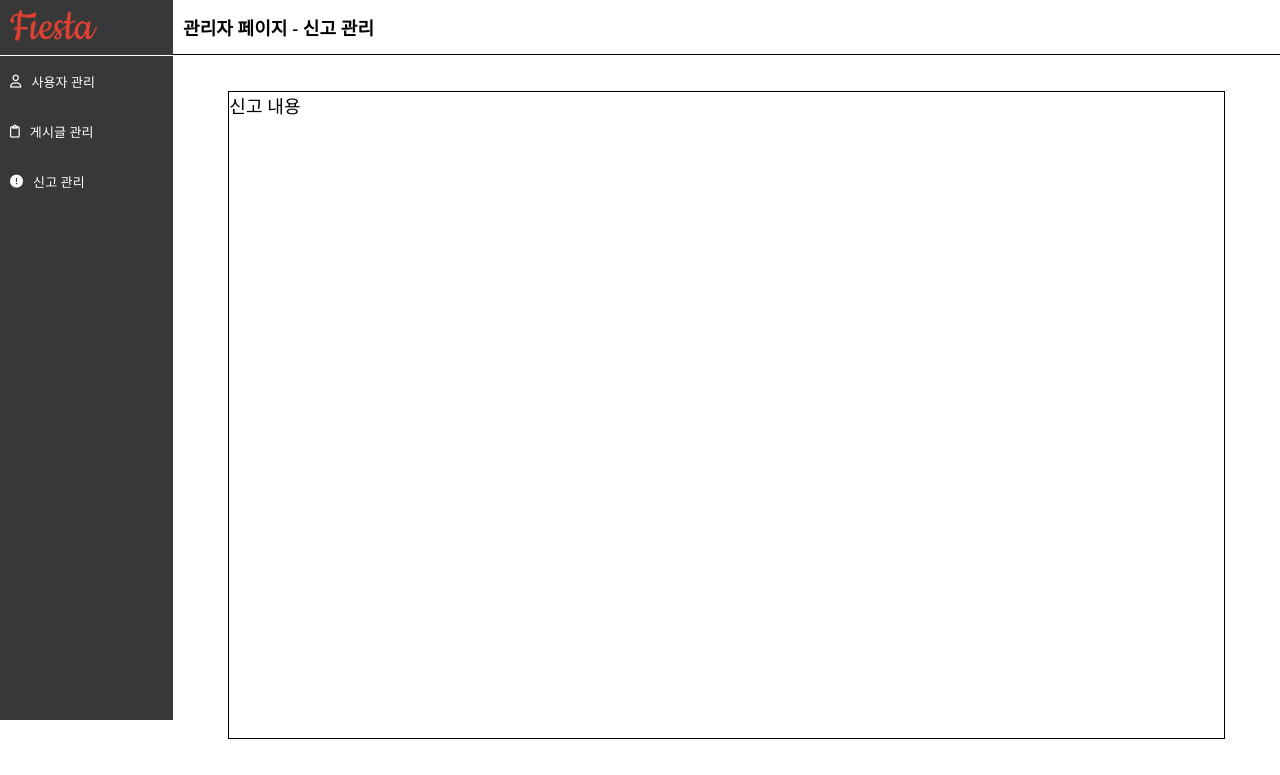
Repository: SNSFiestaTeam/Fiesta
Page: Fiesta/src/main/webapp/html/management/management-report.html
An editor plug-in stored every save of this project. The page is shown before and after the next save, followed by the edit.
The browser window is 1280 px wide. The pictures show the whole page.
Some web fonts or font styles are not loaded; a fallback is used. Some web libraries are served in a nearby version.

Above is the page before, as saved 2022-12-06 12:14:35.

### Fiesta/src/main/webapp/html/management/management-report.html
<!DOCTYPE html>
<html lang="en">
<head>
  <meta charset="UTF-8">
  <meta http-equiv="X-UA-Compatible" content="IE=edge">
  <meta name="viewport" content="width=device-width, initial-scale=1.0">
  <link rel="stylesheet" href="../../resources/css/common-style.css">
  <link rel="stylesheet" href="../../resources/css/management/management.css">
  <script
      src="https://kit.fontawesome.com/591746f9e8.js"
      crossorigin="anonymous"
    ></script>
  <title>관리자페이지</title>
</head>
<body>
  <sidebar class="sidebar">
    <span class="title">Fiesta</span>
    <a href="#" class="bar-item button"><i class="fa-regular fa-user"></i> 사용자 관리</a>
    <a href="#" class="bar-item button"><i class="fa-regular fa-clipboard"></i>게시글 관리</a>
    <a href="#" class="bar-item button"><i class="fa-solid fa-circle-exclamation"></i>신고 관리</a>
  </sidebar>

  <main class ="management-container">

    <div class="management-title">
      <h1>관리자 페이지 - 신고 관리</h1>
    </div>

    <div class="management-content">
      <section class="report-container">
        신고 내용
      </section>
    </div>

  </main>


  <script src="/resources/js/management/management.js"></script>
</body>
</html>

### Fiesta/src/main/webapp/resources/css/common-style.css
@import url('https://fonts.googleapis.com/css2?family=Noto+Sans+KR:wght@100;300;400;500;700;900&display=swap');
@import url('https://fonts.googleapis.com/css2?family=Chewy&display=swap');
@import url('https://fonts.googleapis.com/css2?family=Leckerli+One&display=swap');
@import url('https://fonts.googleapis.com/css2?family=Cookie&display=swap');
@import './root-style.css';
@import url('https://fonts.googleapis.com/css2?family=Nanum+Gothic:wght@400;700;800&display=swap');
@import url('https://fonts.googleapis.com/css2?family=IBM+Plex+Sans+KR:wght@100;200;300;400;500&display=swap');

@font-face {
  font-family: 'NanumSquareNeo-Variable';
  src: url('https://cdn.jsdelivr.net/gh/projectnoonnu/noonfonts_11-01@1.0/NanumSquareNeo-Variable.woff2') format('woff2');
  font-weight: normal;
  font-style: normal;
}

@font-face {
  font-family: 'NanumBarunGothic';
  font-style: normal;
  font-weight: 400;
  src: url('//cdn.jsdelivr.net/font-nanumlight/1.0/NanumBarunGothicWeb.eot');
  src: url('//cdn.jsdelivr.net/font-nanumlight/1.0/NanumBarunGothicWeb.eot?#iefix') format('embedded-opentype'), url('//cdn.jsdelivr.net/font-nanumlight/1.0/NanumBarunGothicWeb.woff') format('woff'), url('//cdn.jsdelivr.net/font-nanumlight/1.0/NanumBarunGothicWeb.ttf') format('truetype');
 }

 @font-face {
  font-family: 'S-CoreDream-3Light';
  src: url('https://cdn.jsdelivr.net/gh/projectnoonnu/noonfonts_six@1.2/S-CoreDream-3Light.woff') format('woff');
  font-weight: normal;
  font-style: normal;
}

@font-face {
  font-family: 'SUIT-Regular';
  src: url('https://cdn.jsdelivr.net/gh/projectnoonnu/noonfonts_suit@1.0/SUIT-Regular.woff2') format('woff2');
  font-weight: normal;
  font-style: normal;
}
/* 전체 적용 스타일 */
* {
  margin: 0;
  padding: 0;
  box-sizing: border-box;
  list-style: none;
  /* font-family: 'Noto Sans KR', sans-serif; */
  /* font-family: 'Nanum Gothic', sans-serif; */
  /* font-family: 'IBM Plex Sans KR', sans-serif; */
  font-family: 'NanumSquareNeo-Variable';
  /* font-family: 'NanumBarunGothic'; */
  /* font-family: 'SUIT-Regular'; */
  letter-spacing: 0.1px;
}

a {
  text-decoration: none;
  color: black;
}

body {
  width: vw;
  font-size: 18px;
}

button {
  border: none;
  background-color: white;
}

footer {
  width: 100%;
  height: 134px;
  color: gray;
  font-size: var(--small-font-size);
  padding-bottom: 40px;

  display: flex;
  flex-direction: column;
  justify-content: space-around;
  align-items: center;
}

footer a {
  color: gray;
}

header {
  width: 100%;
  height: 60px;
  border-bottom: 1px solid #ccc;

  position: sticky;
  top: 0;
  background-color: white;

  display: flex;
  justify-content: center;
  z-index: 2;
}

header > section {
  width: 1000px;
  padding: 0 20px;

  display: flex;
  justify-content: space-between;
  align-items: center;
}

.logo-section a {
  font-family: 'Cookie', cursive;
  /* font-family: 'Chewy', cursive; */
  color: #dd4132;
  font-size: 50px;
  width: 120px;
  height: auto;
}

#logo {
  width: 120px;
  height: auto;
}

.search-section {
  width: 50%;

  display: flex;
  justify-content: center;
}

.search-section fieldset {
  height: 36px;
  width: 90%;
  background-color: --main-font-color;
  border: none;
  border-radius: 5px;

  display: flex;
  justify-content: center;
  align-items: center;
}

.search-section fieldset input {
  width: 200px;
}

#searchX {
  display: flex;
  justify-content: center;
  align-items: center;

  border-radius: 50%;

  display: none;
}

#searchX > i {
  background-color: #ccc;
  display: block;
  width: 15px;
  height: 15px;
  border-radius: 50%;
  font-size: 10px;

  display: flex;
  justify-content: center;
  align-items: center;
  color: white;
}

.search-section fieldset:focus-within > #search-glass {
  display: none;
}

.search-section fieldset:focus-within > #searchX {
  display: inline;
}

.search-section fieldset > input {
  height: 25px;
  border: none;
  outline: none;
  font-size: var(--madium-font-size);

  flex-basis: 80%;
}

.search-section fieldset > button {
  height: 25px;
  margin-right: 10px;
  font-size: 16px;
  color: var(--main-font-color);

  flex-basis: 10%;
}

nav {
  min-width: 300px;
}

nav > ul {
  font-size: var(--large-icon-size);

  display: flex;
  justify-content: space-between;
}

nav li {
  margin-left: 10px;
  flex-shrink: 0;

  text-align: center;
}

nav li > button {
  width: 100%;
  height: 100%;
  font-size: var(--large-icon-size);
}

nav li > button:active {
  color: var(--main-font-color);
}

nav li > a:active {
  color: var(--main-font-color);
}

nav i {
  flex-shrink: 0;
}

#searchBtn {
  display: none;
}

.toggle-search-section {
  display: none;
}

@media screen and (min-width: 1024px) {
  /* Desktop */
}

@media screen and (min-width: 471px) and (max-width: 1023px) {
  /* Tablet */
}

@media screen and (max-width: 780px) {
  .search-section > form {
    display: none;
  }

  #searchBtn {
    display: inline;
  }

  .toggle-search-section {
    width: 100vw;
    height: 80px;

    position: sticky;
    top: 60px;

    display: flex;
    justify-content: center;
    align-items: center;
    z-index: 40;
    display: none;
  }

  .toggle-search-section fieldset {
    height: 38px;
    width: 100%;
    background-color: #ffffff90;
    border: 1px solid #8e8e8e;
    border-radius: 5px;
    padding-left: 10px;

    display: flex;
    justify-content: center;
    align-items: center;
  }

  .toggle-search-section fieldset > input {
    height: 100%;
    width: 100%;
    border: none;
    outline: none;
    font-size: var(--madium-font-size);
    background-color: #ffffff00;

    flex-basis: 80%;
  }

  .toggle-search-section fieldset > button {
    height: 30px;
    margin-right: 10px;
    font-size: 16px;
    color: var(--fiesta-color);
    background-color: #ffffff00;

    flex-basis: 10%;
  }
}

@media screen and (max-width: 470px) {
  /* mobile */

  html {
    width: 100%;
  }

  body {
    width: vw;
  }

  footer {
    display: none;
  }

  #header-section {
    width: vw;
  }

  #newPost {
    width: 60px;
    height: 60px;
    border: 2px solid #8e8e8e;
    border-radius: 50%;
    background-color: white;
    display: flex;
    justify-content: center;
    align-items: center;

    font-size: 30px;

    position: fixed;
    bottom: 20px;
    right: 10px;
  }
}

#header-menu-toggle{
  display: none;
}

label[for='header-menu-toggle'] {
  cursor: pointer;
}

/* 체크박스 다음 div */
#toggle-menu{
  display: none;
}

/* 체크박스가 체크된 경우 다음 div */
#header-menu-toggle:checked + div{
  display: block;
}

.header-menu-parent{
  position: relative;
}

#toggle-menu{
  position: absolute;
  top: 30px;
  right: -10px;
  z-index: 500;
  width: 150px;
  height: 100px;
  background-color: white;
  box-shadow: 0px 0px 1px gray;
  border-radius: 6px;
}


#toggle-menu > a{
  display: flex;
  height: 50%;
  justify-content: center;
  align-items: center;
  font-size: 14px;
  font-weight: bold;
}

#toggle-menu > a:first-child{
  border-bottom: 1px solid #ccc;
}

### Fiesta/src/main/webapp/resources/css/management/management.css
@import '../root-style.css';

@font-face {
  font-family: 'NanumSquareNeo-Variable';
  src: url('https://cdn.jsdelivr.net/gh/projectnoonnu/noonfonts_11-01@1.0/NanumSquareNeo-Variable.woff2') format('woff2');
  font-weight: normal;
  font-style: normal;
}

* {
  font-family: 'NanumSquareNeo-Variable';
}

body {
  display: flex;
  width: 100%;
  height: 100vh;

  overflow-y: hidden;
}

/* 사이드 바 */
.sidebar{
  flex-grow: 0;
  width: 200px;
  height: 100%;
  background-color: rgb(56, 56, 56);
  color: white;

  display: flex;
  flex-direction: column;


  font-size: 13px;
}


.title {
  font-size: 50px;
  color: var(--fiesta-color);
  font-family: 'Cookie', cursive;
  border-bottom: 1px solid white;
  padding-left: 10px;
}

.button {
  color: white;
  width: 100%;
  height: 50px;

  display: flex;
  align-items: center;

  padding-left: 10px;
}

.button > *{
  margin-right: 10px;
}


.button:hover {
  background-color: white;
  color: black;
}

.management-container {
  width: 100%;

}

/* 관리자 페이지 타이틀 */
.management-title{
  display: flex;
  align-items: center;

  height: 55px;
  font-size: 9px;

  border-bottom: 1px solid black;
  padding-left: 10px

}

/* 관리자 페이지 내용 */
.management-content {
  height: 100%;
  display: flex;
  justify-content: center;
  align-items: center;

  overflow-y: scroll;
}

.report-container {
  border: 1px solid black;

  width: 90%;
  height: 90%;
}

### Fiesta/src/main/webapp/resources/js/management/management.js


function w3_open() {
  document.getElementById("mySidebar").style.display = "block";
}

function w3_close() {
  document.getElementById("mySidebar").style.display = "none";
}

### Fiesta/src/main/webapp/resources/css/root-style.css
/* 루트 함수
공동으로 사용할 스타일을 미리 지정해놓고 사용 가능
스타일 지정시 지정할 스타일: 루트 함수명 으로 사용 가능
--만 타이핑 하면 자동완성 리스트가 뜨고
선택하면 var()함수까지 자동완성됨 */
:root {
  --background-color: white;
  --main-font-color: #8e8e8e;
  --icon-button-color: #262626;
  --point-font-color: #0095f6;
  --mention-font-color: #00376b;
  --fiesta-color: #dd4132;
  --small-font-size: 12px;
  --main-font-size: 13px;
  --medium-font-size: 16px;
  --large-icon-size: 24px;
}

After the next save:
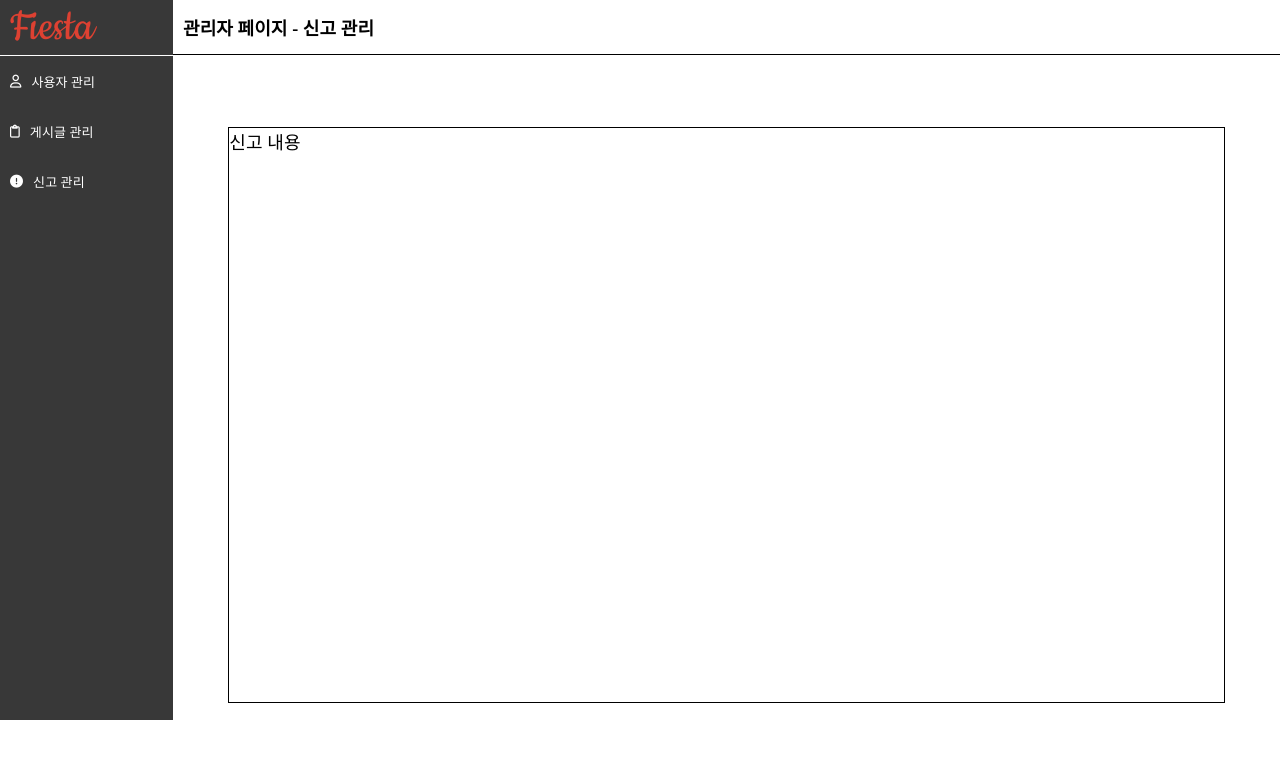
Saved 15 s later.
--- a/Fiesta/src/main/webapp/resources/css/management/management.css
+++ b/Fiesta/src/main/webapp/resources/css/management/management.css
@@ -96,5 +96,5 @@ body {
   border: 1px solid black;
 
   width: 90%;
-  height: 90%;
+  height: 80%;
 }
